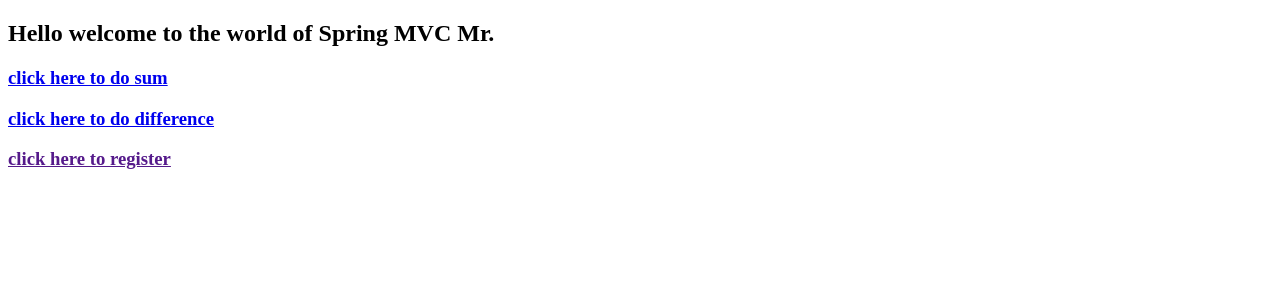
Repository: BharathiGongati/SEHE5Hibernate
Page: http://localhost/MVCProject/home.jsp
These files come from the project's save history. The page is drawn as it stood at one moment and after the next save; the edit follows.
The browser window is 1280 px wide. The pictures show the whole page.
The page is served by Tomcat 9. Other server files are loaded and not shown.

Above is the page before, as saved 2023-07-13 15:34:39.

### SEHE7/MVCProject/src/main/webapp/home.jsp
<%@ page language="java" contentType="text/html; charset=ISO-8859-1"
	pageEncoding="ISO-8859-1" isELIgnored="false"%>
<!DOCTYPE html>
<html>
<head>
<meta charset="ISO-8859-1">
<title>Insert title here</title>
</head>
<body>
	<h2>Hello welcome to the world of Spring MVC Mr.${username}</h2>
	<h3>
		<a href="sum.jsp"> click here to do sum</a>
	</h3>
	<h3>
		<a href="diff.jsp"> click here to do difference</a>
	</h3>
	<h3>
		<a href=""> click here to register</a>
	</h3>

</body>
</html>

After the next save:
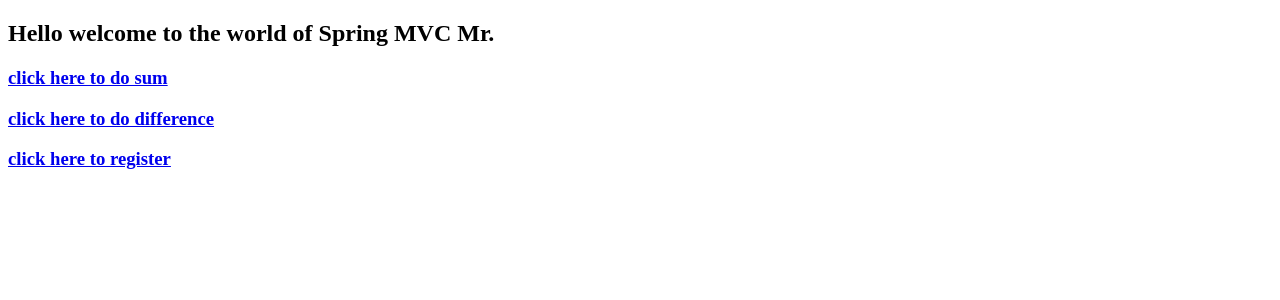
Saved 2 min 8 s later.
--- a/SEHE7/MVCProject/src/main/webapp/home.jsp
+++ b/SEHE7/MVCProject/src/main/webapp/home.jsp
@@ -15,7 +15,7 @@
 		<a href="diff.jsp"> click here to do difference</a>
 	</h3>
 	<h3>
-		<a href=""> click here to register</a>
+		<a href="register.jsp"> click here to register</a>
 	</h3>
 
 </body>
